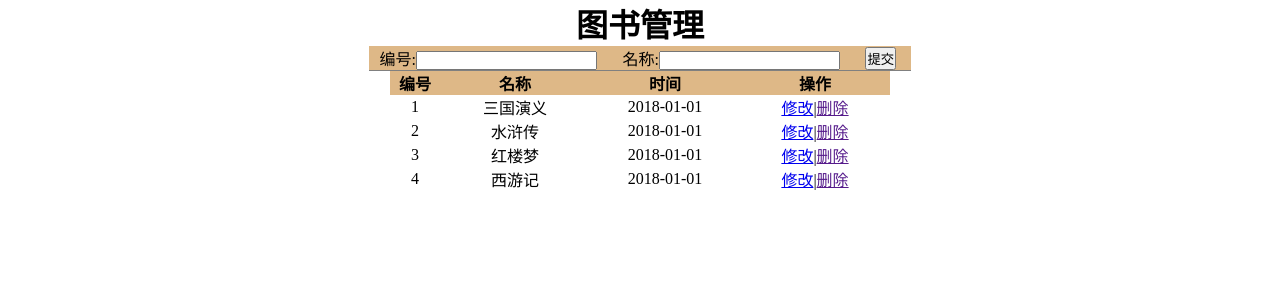
Repository: chenguocan/Vue_demo_1
Page: vue_demo_03/图书管理.html
These files come from the project's save history. The page is drawn as it stood at one moment and after the next save; the edit follows.
The browser window is 1280 px wide. The pictures show the whole page.

Above is the page before, as saved 2020-07-22 11:27:42.

### vue_demo_03/图书管理.html
<!DOCTYPE html>
<html lang="en">
  <head>
    <meta charset="UTF-8" />
    <meta name="viewport" content="width=device-width, initial-scale=1.0" />
    <title>Document</title>
    <style>
      * {
        margin: 0;
        padding: 0;
        box-sizing: border-box;
      }
      .book {
        text-align: center;
      }
      .user {
        display: flex;
        justify-content: center;
      }
      .user table {
        border-bottom: 1px solid gray;
      }
      table {
        border-collapse: collapse;
      }
      th {
        background-color: burlywood;
      }
      .user td {
        padding: 0 15px 0 10.5px;
        background-color: burlywood;
      }
      td {
        border-collapse: collapse;
      }
      .bookmsg {
        display: flex;
        justify-content: center;
      }
    </style>
  </head>
  <body>
    <div id="app">
      <div class="book">
        <h1>图书管理</h1>
        <div class="user">
          <table>
            <tr>
              <td>编号:<input type="text" name="id" v-model="addid" /></td>
              <td>
                名称:<input type="text" name="bookname" v-model="addbook" />
              </td>
              <td><button v-on:click="AddBook">提交</button></td>
            </tr>
          </table>
        </div>
        <div class="bookmsg">
          <table>
            <thead>
              <tr>
                <th width="50">编号</th>
                <th width="150">名称</th>
                <th width="150">时间</th>
                <th width="150">操作</th>
              </tr>
            </thead>
            <tbody>
              <tr :key="item.id" v-for="(item,index) in book">
                <td>{{item.id}}</td>
                <td>{{item.bookname}}</td>
                <td>{{item.date | format(item.date)}}</td>
                <td>
                  <a href="#" @click.prevent="revise(index)">修改</a>|<a
                    href=""
                    @click.prevent="del(index)"
                    >删除</a
                  >
                </td>
              </tr>
            </tbody>
          </table>
        </div>
      </div>
    </div>
  </body>
  <script src="./js/vue.js"></script>
  <script>
    Vue.filter("format", function (value, arg) {
      function dateFormat(date, format) {
        if (typeof date === "string") {
          var mts = date.match(/(\/Date\((\d+)\)\/)/);
          if (mts && mts.length >= 3) {
            date = parseInt(mts[2]);
          }
        }
        date = new Date(date);
        if (!date || date.toUTCString() == "Invalid Date") {
          return "";
        }
        var map = {
          M: date.getMonth() + 1, //月份
          d: date.getDate(), //日
          h: date.getHours(), //小时
          m: date.getMinutes(), //分
          s: date.getSeconds(), //秒
          q: Math.floor((date.getMonth() + 3) / 3), //季度
          S: date.getMilliseconds(), //毫秒
        };

        format = format.replace(/([yMdhmsqS])+/g, function (all, t) {
          var v = map[t];
          if (v !== undefined) {
            if (all.length > 1) {
              v = "0" + v;
              v = v.substr(v.length - 2);
            }
            return v;
          } else if (t === "y") {
            return (date.getFullYear() + "").substr(4 - all.length);
          }
          return all;
        });
        return format;
      }
      return dateFormat(value, arg);
    });
    let app = new Vue({
      el: "#app",
      data: {
        addbook: "",
        addid: "",
        book: [
          {
            id: 1,
            bookname: "三国演义",
            date: "2018-01-01",
          },
          {
            id: 2,
            bookname: "水浒传",
            date: "2018-01-01",
          },
          {
            id: 3,
            bookname: "红楼梦",
            date: "2018-01-01",
          },
          {
            id: 4,
            bookname: "西游记",
            date: "2018-01-01",
          },
        ],
      },
      methods: {
        //添加图书
        //通过创建一个对象,把一整个对象push到数组当中
        AddBook: function (value) {
          //Vue.set(this.book, this.book[4].id, this.addid);
          for (var i = 0; i < this.book.length; i++) {
            if (this.book[i].id === this.addid) {
              console.log("已经存在");
              console.log(this.book[i].id);
              console.log(this.book[i].bookname);
              console.log(this.addid);
              console.log(this.addbook);
              var rebook = {};
              rebook.id = this.book[i].id;
              rebook.book = this.addbook;
              rebook.date = "";
              console.log(rebook);
              console.log(this.book);
              Vue.set(this.book, this.book, rebook);
            } else {
            }
          }
          if (this.addid >= this.book.length + 1) {
            console.log("不存在");
            var ab = {};
            console.log(this.addid);
            ab.id = this.addid;
            ab.bookname = this.addbook;
            ab.date = "2018-01-01";
            this.book.push(ab);
          } else {
          }
          // 清空表单
          this.id = "";
          this.bookname = "";
          //Vue.set(this.book, this.book[1], this.bookname);
          //console.log(this.book[1].bookname);
          // console.log(this.book[addid].id);
        },
        del: function (index) {
          console.log(this.book);
          this.book.splice(index, 1);
        },
        revise: function (index) {
          // if (this.addid === this.book.length) {
          //     var ab = {};
          //     console.log(this.addid);
          //     ab.id = this.addid;
          //     ab.bookname = this.addbook;
          //     ab.date = "2018-01-01";
          //     this.book.push(ab);
          //   }
          console.log(this.book.length);
          this.addid = this.book[index].id;
          this.addbook = this.book[index].bookname;
        },
      },
    });
  </script>
</html>

Loaded but not shown: vue_demo_03/js/vue.js (library)

After the next save:
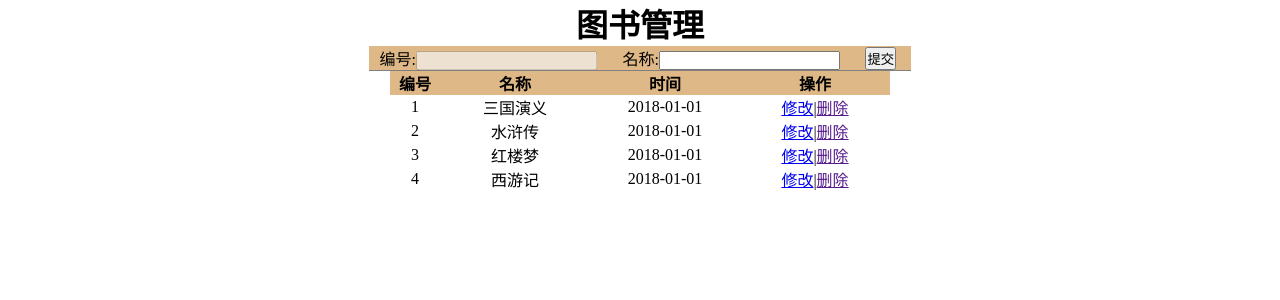
Saved 9 min 45 s later.
--- a/vue_demo_03/图书管理.html
+++ b/vue_demo_03/图书管理.html
@@ -46,7 +46,14 @@
         <div class="user">
           <table>
             <tr>
-              <td>编号:<input type="text" name="id" v-model="addid" /></td>
+              <td>
+                编号:<input
+                  type="text"
+                  name="id"
+                  v-model="addid"
+                  disabled="true"
+                />
+              </td>
               <td>
                 名称:<input type="text" name="bookname" v-model="addbook" />
               </td>
